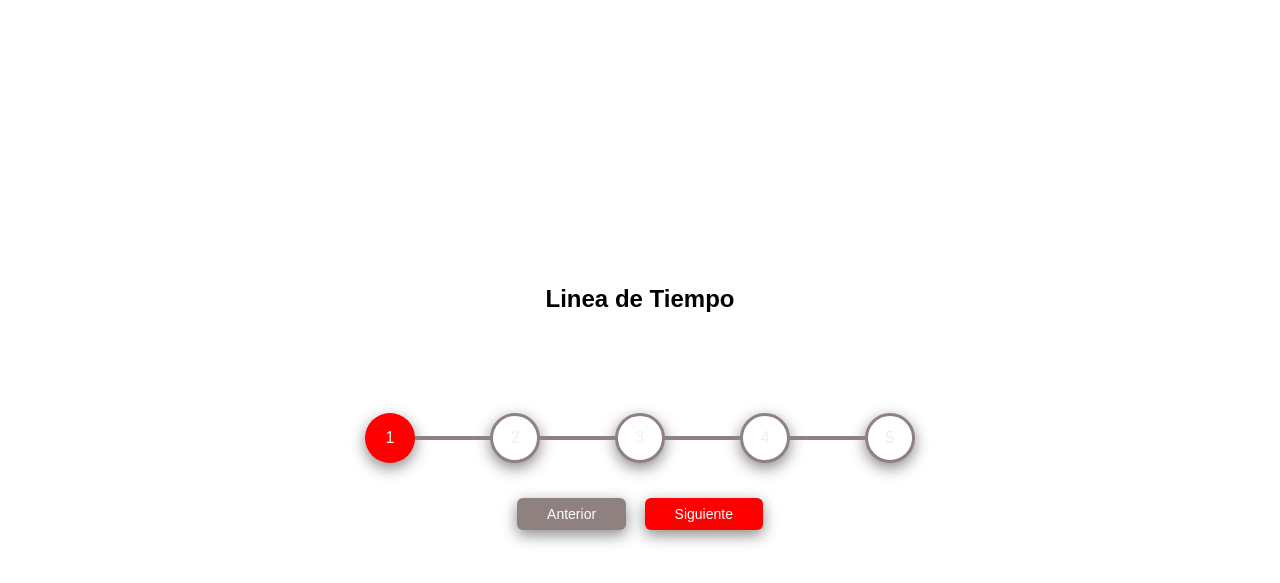
Repository: ElideZavala/Linea-de-tiempo
Page: index.html
An editor plug-in stored every save of this project. The page is shown before and after the next save, followed by the edit.
The browser window is 1280 px wide. The pictures show the whole page.
Some web fonts or font styles are not loaded; a fallback is used.

Above is the page before, as saved 2021-05-28 10:11:46.

### index.html
<!DOCTYPE html>
<html lang="en">
<head>
	<meta charset="UTF-8">
	<meta http-equiv="X-UA-Compatible" content="IE=edge">
	<meta name="viewport" content="width=device-width, initial-scale=1.0">
	<link rel="stylesheet" href="style.css">
	<link rel="stylesheet" href="normalize.css">
	<title>Pasos de progreso </title>
</head>
<body>
	<h2>Linea de Tiempo</h2>
	<div class="container">
		<div class="progress-container">
			<div class="sombra3d"></div>
			<div class="progress" id="progress"></div>
			<div class="circle active">1</div>
			<div class="circle">2</div>
			<div class="circle">3</div>
			<div class="circle">4</div>
			<div class="circle">5</div>
		</div>

		<button class="btn" id="prev" disabled>Anterior</button>
		<button class="btn" id="next">Siguiente</button>
		<script src="script.js"></script>
	</div>
</body>
</html>

### style.css
/* @import url('https://fonts.googleapis.com/css2?family=Roboto:wght@400;700&display=swap'); */
@import url('https://fonts.googleapis.com/css?family=Muli&display=swap');


:root {
	--line-border-fill: red;
	--line-border-empty: rgb(144, 129, 129);
}

* {
	box-sizing: border-box;
}

body {
	font-family: 'Muli', sans-serif;
	display: flex;
	flex-direction: column;
	align-items: center;
	justify-content: center;
	height: 100vh;
	overflow: hidden;
	margin: 0;
}

h2 {
	margin: 100px;
}

.container {
	text-align: center;
}

.progress-container {
	display: flex;
	justify-content: space-between;
	position: relative;
	margin-bottom: 30px;
	max-width: 100%;
	width: 550px;
}

.progress-container::before {
	content: '';
	background-color: var( --line-border-empty);
	position: absolute;
	top: 50%;
	left: 0;
	transform: translateY(-50%);
	height: 4px;
	width: 100%;
	z-index: -1;
	transition: 0.4s ease;
}

.progress {
	background-color: var( --line-border-fill );
	position: absolute;
	top: 50%;
	left: 0;
	transform: translateY(-50%);
	height: 4px;
	width: 0%;
	z-index: -1;
	transition: 0.4s ease;
}

.circle {
	background-color: #fff;
	color: #eee;
	border-radius: 50%;
	height: 50px;
	width: 50px;
	display: flex;
	align-items: center;
	justify-content: center;
	border: 3px solid var( --line-border-empty );
	transition: .4s ease;
	-moz-animation: rotacion 10s infinite linear;
	box-shadow: 0px 5px 15px #888;
}

@-moz-keyframes rotacion{
	0% {
		background-position: 0px 0px;
	}
	100%{
		background-position: -160px 0px;
	}
}

.sombra3d {
	background: url("bola4.png");
	position: absolute;
	width: 50px;
	height: 50px;
}

.circle.active {
	background-color: red;
	border: none;
}

.btn {
	background-color: var(--line-border-fill);
	color: #fff;
	border: 0;
	border-radius: 6px;
	cursor: pointer;
	font-family: inherit;
	padding: 8px 30px;
	margin: 5px 7px;
	font-size: 14px;
	box-shadow: 0px 5px 15px #888;
}

.btn:active {
	transform: scale(0.98);
}

.btn:focus {
	outline: 0;
}

.btn:disabled {
	background-color: var( --line-border-empty );
	cursor: not-allowed;
}

### script.js
const progress = document.querySelector('#progress');
const prev = document.querySelector('#prev');
const next = document.querySelector('#next');
const circles = document.querySelectorAll('.circle');

let currentActive = 1

next.addEventListener('click', () => {
	currentActive++

	if (currentActive > circles.length) {
		currentActive = circles.length
	}

	update();
})

prev.addEventListener('click', () => {
	currentActive--

	if (currentActive < 1) {
		currentActive = 1;
	}

	update();
})

function update() {
	circles.forEach((circle, idx) => {
		if (idx < currentActive) {
			circle.classList.add('active');
		} else {
			circle.classList.remove('active');
		}
	})

	const actives = document.querySelectorAll('.active');
	console.log(actives.length)

	const percent = (actives.length - 1) / (circles.length - 1) * 100 + '%';

	progress.style.width = percent;

	if (currentActive === 1) {
		prev.disabled = true;
	} else if (currentActive === circles.length) {
		next.disabled = true;
	} else {
		prev.disabled = false;
		next.disabled = false;
	}
}

Loaded but not shown: normalize.css (library)

After the next save:
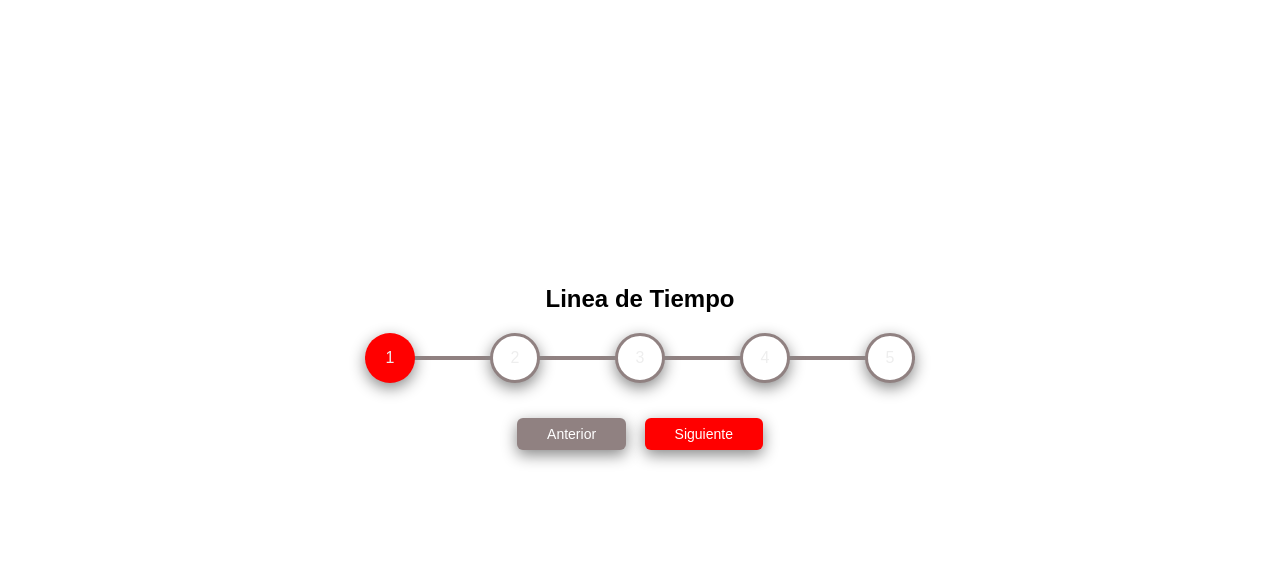
Saved 5 s later.
--- a/style.css
+++ b/style.css
@@ -23,7 +23,7 @@ body {
 }
 
 h2 {
-	margin: 100px;
+	margin: 20px;
 }
 
 .container {
